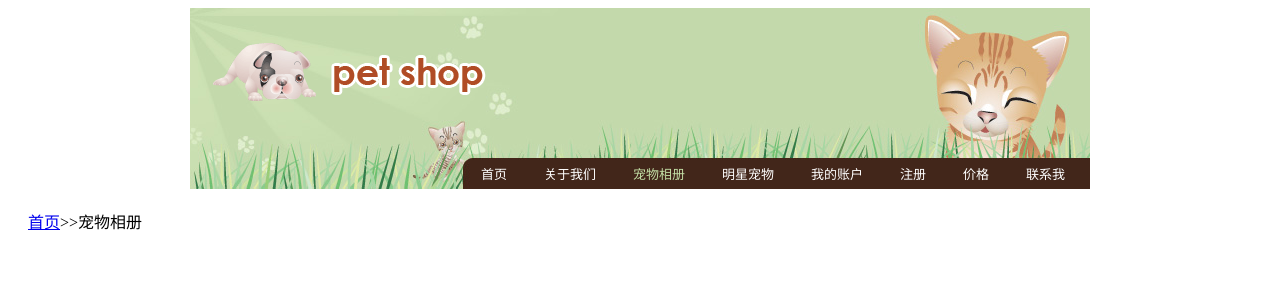
Repository: kxl666/kxl-Html
Page: 04.第四节任务(宠物相册)/index.html
These files come from the project's save history. The page is drawn as it stood at one moment and after the next save; the edit follows.
The browser window is 1280 px wide. The pictures show the whole page.

Above is the page before, as saved 2021-09-07 19:58:26.

After the next save:
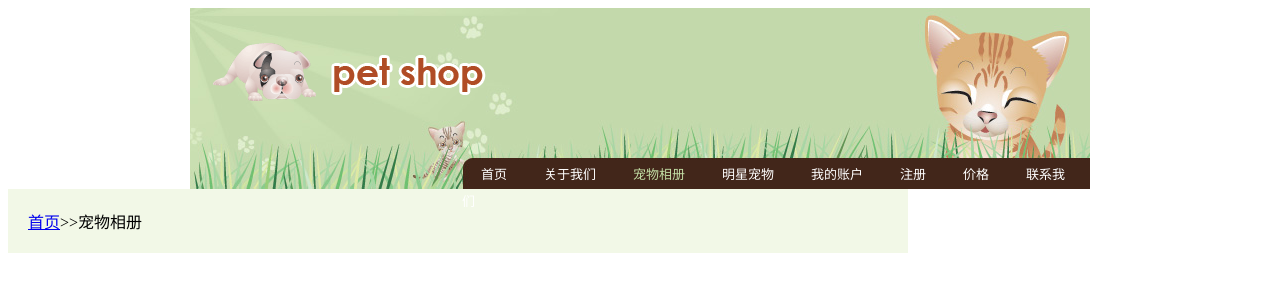
Saved 20 s later.
--- a/04.第四节任务(宠物相册)/style.css
+++ b/04.第四节任务(宠物相册)/style.css
@@ -46,5 +46,5 @@
 .pet_album {
     width: 880px;
     padding: 20px 0 20px 20px;
-
+    background-color: #f2f8e7;
 }
